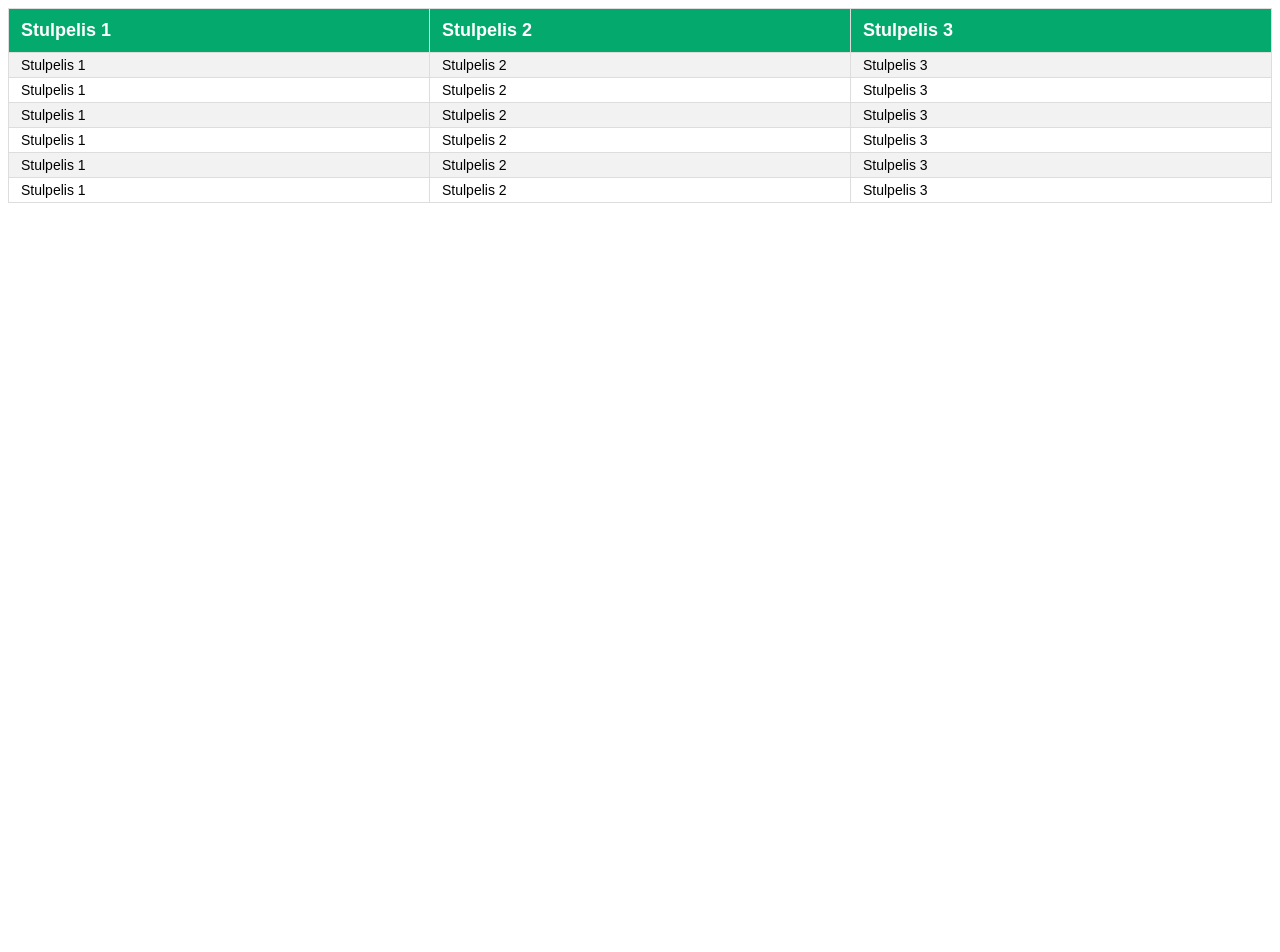
Repository: motiejus1/10-paskaita-05.31
Page: index.html
These files come from the project's save history. The page is drawn as it stood at one moment and after a run of saves; the edit follows.
The browser window is 1280 px wide. The pictures show the part of the page from y = 0 to 952 px (the page is 3211 px tall).
Backgrounds fixed to the window are drawn as part of the page.

Above is the page before, as saved 2021-06-16 20:17:39.

After the next 2 saves:
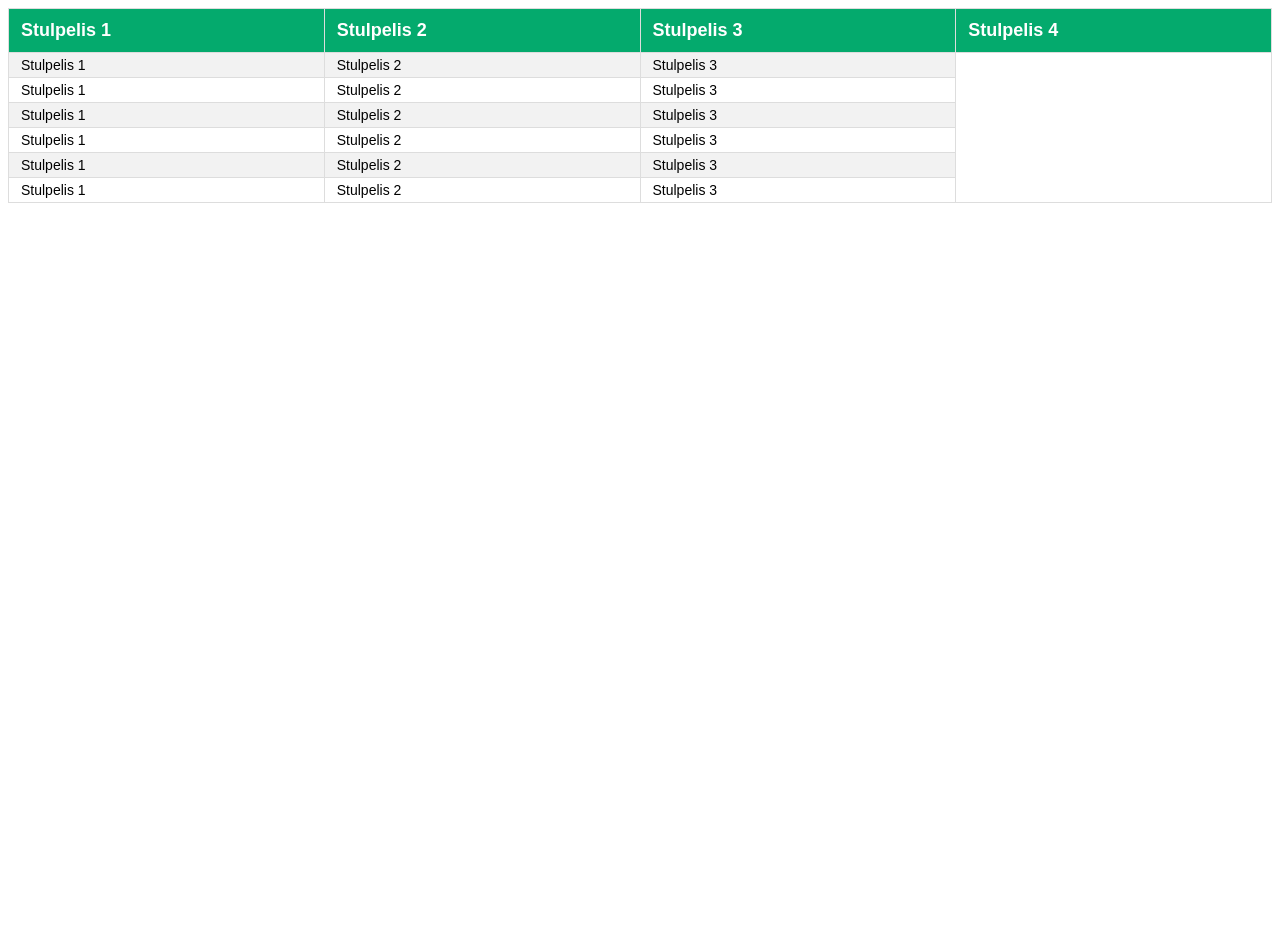
The 2 saves are shown as one change because they came seconds apart.
The last was saved 107 s later.
--- a/index.html
+++ b/index.html
@@ -106,6 +106,7 @@
             <th>Stulpelis 1</th>
             <th>Stulpelis 2</th>
             <th>Stulpelis 3</th>
+            <th>Stulpelis 4</th>
         </tr>
         <tr>
             <td>Stulpelis 1</td>

After the save that followed:
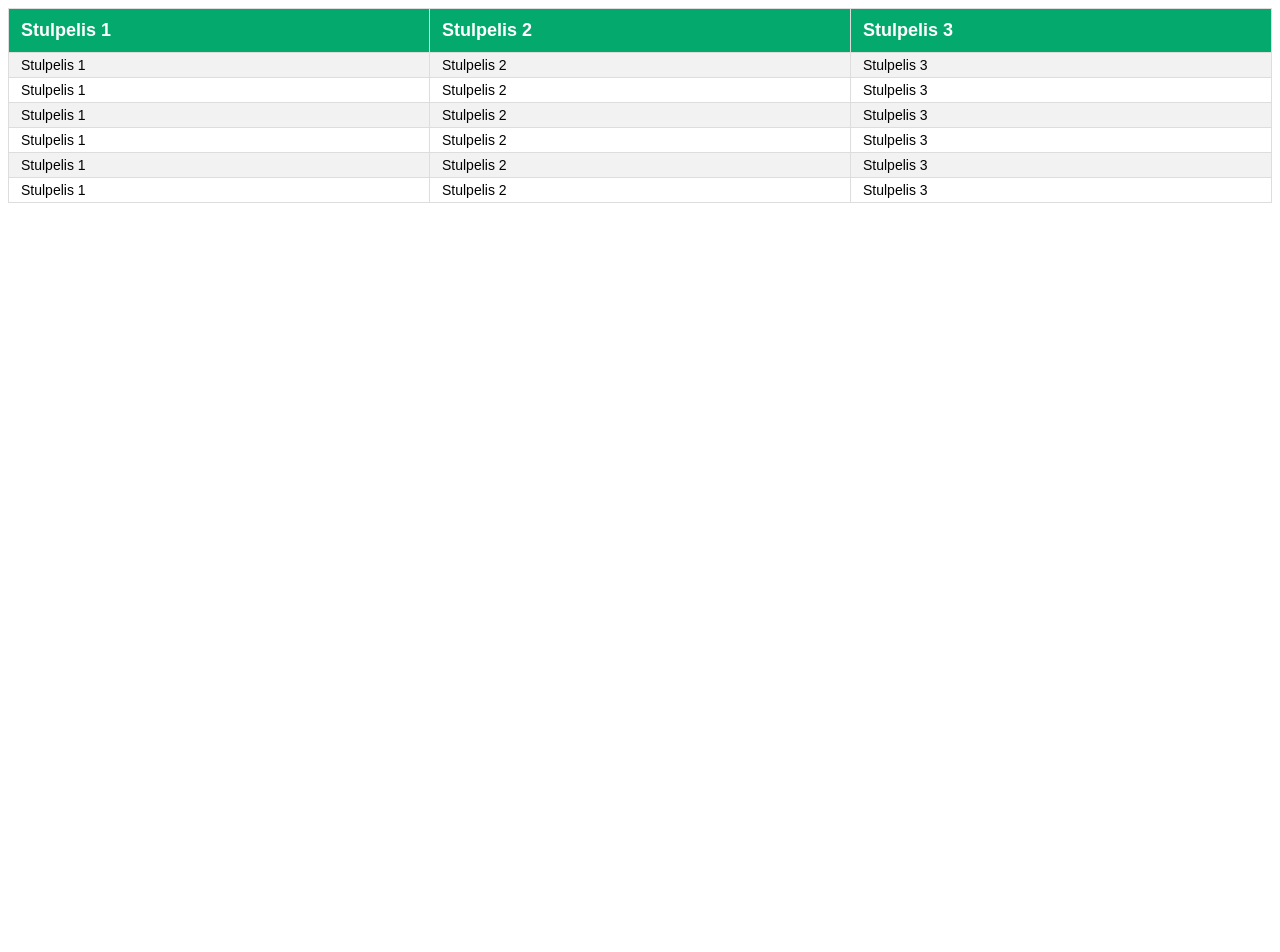
Saved 38 s later.
--- a/index.html
+++ b/index.html
@@ -106,7 +106,6 @@
             <th>Stulpelis 1</th>
             <th>Stulpelis 2</th>
             <th>Stulpelis 3</th>
-            <th>Stulpelis 4</th>
         </tr>
         <tr>
             <td>Stulpelis 1</td>
